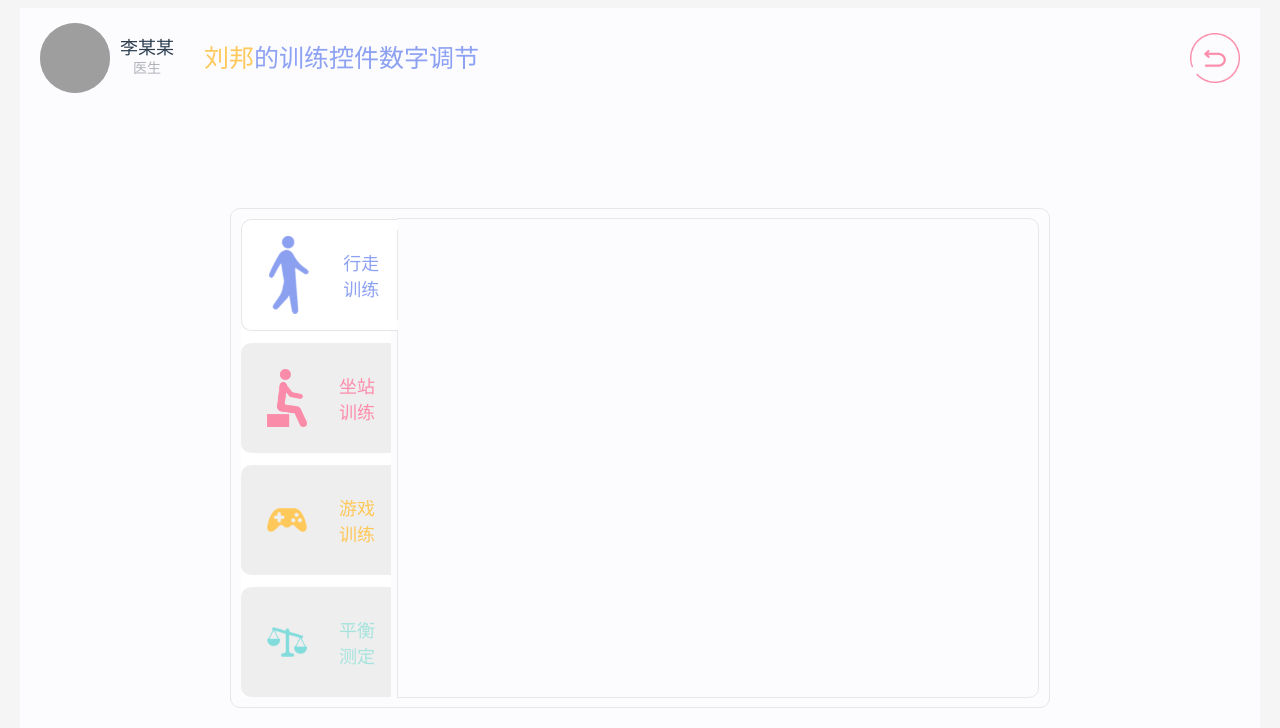
Repository: wangdanqing90/electron-vue-doctor
Page: /#/trainingAdjust
These files come from the project's save history. The page is drawn as it stood at one moment and after the next save; the edit follows.
The browser window is 1280 px wide. The pictures show the whole page.
Pictures or frames that could not be fetched are drawn as grey boxes. The project was rebuilt for these pictures with package versions that can differ from the ones it lists, and the page was loaded fresh each time. Also part of the build but not shown: vue.config.js, src/views/Home.vue, src/assets/styles/variable.scss, src/assets/styles/iconfont.css.

Above is the page before, as saved 2020-01-15 10:23:31.

### public/index.html
<!DOCTYPE html>
<html lang="en">
  <head>
    <meta charset="utf-8">
    <meta http-equiv="X-UA-Compatible" content="IE=edge">
    <meta name="viewport" content="width=device-width,initial-scale=1.0">
    <link rel="icon" href="<%= BASE_URL %>favicon.ico">
    <title>electron-vue-demo</title>
  </head>
  <body>
    <noscript>
      <strong>We're sorry but electron-vue-demo doesn't work properly without JavaScript enabled. Please enable it to continue.</strong>
    </noscript>
    <div id="app"></div>
    <!-- built files will be auto injected -->
  </body>
</html>

### src/main.js
import Vue from 'vue'
import ElementUI from 'element-ui';
import 'element-ui/lib/theme-chalk/index.css';
import App from './App.vue'
import router from './router'
import store from './store'


import './assets/styles/variable.scss';
import './assets/styles/base.scss';
import './assets/styles/common.scss';
import './assets/styles/iconfont.css';
import common from './assets/js/common.js';


Vue.config.productionTip = false;
Vue.prototype.common = common;
Vue.use(ElementUI);


var vm = new Vue({
  router,
  store,
  render: h => h(App)
}).$mount('#app')





//var addon = require('bindings')('hello');var addon = require('bindings')('hello');
//alert(addon.hello()); // 'world'

### src/App.vue
<template>
  <div id="app">
    <!-- <div id="nav">
      <router-link to="/">Home</router-link> |
      <router-link to="/about">About</router-link>
    </div>-->
    <keep-alive>
      <router-view v-if="$route.meta.keepAlive"></router-view>
    </keep-alive>
    <router-view v-if="!$route.meta.keepAlive"></router-view>
  </div>
</template>

<style lang="scss">
#app {
  font-family: "Avenir", Helvetica, Arial, sans-serif;
  -webkit-font-smoothing: antialiased;
  -moz-osx-font-smoothing: grayscale;
  text-align: center;
  color: #2c3e50;
  height: 100%;
}
#nav {
  padding: 30px;
  a {
    font-weight: bold;
    color: #2c3e50;
    &.router-link-exact-active {
      color: #42b983;
    }
  }
}
</style>

### src/router.js
import Vue from 'vue'
import Router from 'vue-router'
import Home from './views/Home.vue'



const routerPush = Router.prototype.push
Router.prototype.push = function push(location) {
  return routerPush.call(this, location).catch(error => error)
}

Vue.use(Router)

export default new Router({
  routes: [{
      path: '/',
      name: 'home',
      component: Home,
      meta: {
        title: '首页',
        keepAlive: false
      }
    }, {
      path: '/login',
      name: 'login',
      component: () => import('./views/Login/Login.vue'),
      meta: {
        title: '登录',
        keepAlive: false
      }
    },
    {
      path: '/result',
      name: 'result',
      component: () => import('./views/Result/Result.vue'),
      meta: {
        title: '重置结果',
        keepAlive: false
      }
    },
    {
      path: '/forgetPassword',
      name: 'forgetPassword',
      component: () => import('./views/ForgetPassword/ForgetPassword.vue'),
      meta: {
        title: '忘记密码',
        keepAlive: false
      }
    }, {
      path: '/register',
      name: 'register',
      component: () => import('./views/Register/Register.vue'),
      meta: {
        title: '注册',
        keepAlive: false
      }
    }, {
      path: '/detailInform',
      name: 'detailInform',
      component: () => import('./views/DetailInform/DetailInform.vue'),
      meta: {
        title: '基本信息',
        keepAlive: false
      }
    }, {
      path: '/trainingList',
      name: 'trainingList',
      component: () => import('./views/TrainingList/TrainingList.vue'),
      meta: {
        title: '训练列表',
        keepAlive: false
      }
    }, {
      path: '/trainingPlan',
      name: 'trainingPlan',
      component: () => import('./views/TrainingPlan/TrainingPlan.vue'),
      meta: {
        title: '本次训练计划',
        keepAlive: false
      }
    }, {
      path: '/trainingSlider',
      name: 'trainingSlider',
      component: () => import('./views/TrainingSlider/TrainingSlider.vue'),
      meta: {
        title: '训练模式选择',
        keepAlive: false
      }
    }, {
      path: '/trainingAdjust',
      name: 'trainingAdjust',
      component: () => import('./views/TrainingAdjust/TrainingAdjust.vue'),
      meta: {
        title: '训练控件数字调节',
        keepAlive: false
      }
    }
  ]
})

### src/assets/styles/base.scss
html {
  background: #f5f5f5;
  height: 100%;
}

body {
  height: 100%;
}

p {
  margin: 0;
  padding: 0;
}

ol,
ul {
  list-style: none;
  margin: 0;
  padding: 0;
}

a {
  cursor: pointer;
}

.wrap-white {
  background: #fff;
  padding-left: 20px;
  padding-right: 20px;
  overflow: hidden;

}

.el-breadcrumb {
  margin-bottom: 15px;
}

.el-titleText {
  font-size: 20px;
  color: black;
  height: 64px;
  line-height: 64px;
}

//::-webkit-scrollbar {
//  width: 5px;
//  height: 5px;
//}
//
//::-webkit-scrollbar:horizontal {
//  height: 15px;
//}
//
//::-webkit-scrollbar-track-piece:vertical {
//  background-color: rgba(0, 0, 0, 0.2);
//  -webkit-border-radius: 6px;
//}
//
//::-webkit-scrollbar-track:horizontal {
//  background-color: rgba(0, 0, 0, 0.2);
//}
//
//::-webkit-scrollbar-thumb:vertical {
//  height: 5px;
//  background-color: rgba(125, 125, 125, 0.7);
//  -webkit-border-radius: 6px;
//}
//
//::-webkit-scrollbar-thumb:horizontal {
//  width: 5px;
//  background-color: rgba(125, 125, 125, 0.7);
//}

input[type="text"],
input[type="number"] {
  //-webkit-appearance: none;
  background-color: #fff;
  border-radius: 4px;
  border: 1px solid #d8dce5;
  box-sizing: border-box;
  color: #5a5e66;
  display: inline-block;
  font-size: inherit;
  height: 40px;
  line-height: 1;
  outline: 0;
  padding: 0 15px;
  -webkit-transition: border-color .2s cubic-bezier(.645, .045, .355, 1);
  transition: border-color .2s cubic-bezier(.645, .045, .355, 1);
  width: 100%;

  &:hover {
    border-color: #b4bccc;
  }

  &:focus {
    border-color: #409EFF;
    outline: 0;
  }
}

/*滚动条*/
::-webkit-scrollbar {
  -webkit-appearance: none;
}

::-webkit-scrollbar:vertical {
  width: 10px;
}

::-webkit-scrollbar:horizontal {
  height: 10px;
}

::-webkit-scrollbar-thumb {
  background-color: rgba(0, 0, 0, .5);
  border-radius: 10px;
  border: 2px solid #ffffff;
}

::-webkit-scrollbar-track {
  border-radius: 10px;
  background-color: #ffffff;
}

/*margin*/
.margin-bottom-240 {
  margin-bottom: 240px;
}

.margin-top--10 {
  margin-top: -10px;
}

.margin-top--15 {
  margin-top: -15px;
}

.margin-top--18 {
  margin-top: -18px;
}

.margin-top--20 {
  margin-top: -20px;
}

.margin-top--40 {
  margin-top: -40px;
}

.margin-top--60 {
  margin-top: -60px;
}

.margin-top--80 {
  margin-top: -80px;
}

.margin-top--180 {
  margin-top: -180px;
}

.margin-top-0 {
  margin-top: 0px !important;
}

.margin-top-10 {
  margin-top: 10px;
}

.margin-top-15 {
  margin-top: 15px;
}

.margin-top-20 {
  margin-top: 20px;
}

.margin-top-25 {
  margin-top: 25px;
}

.margin-top-30 {
  margin-top: 30px;
}

.margin-top-35 {
  margin-top: 35px;
}

.margin-top-40 {
  margin-top: 40px;
}

.margin-top-46 {
  margin-top: 46px;
}

.margin-top-50 {
  margin-top: 50px;
}

.margin-top-60 {
  margin-top: 60px;
}

.margin-top-70 {
  margin-top: 70px;
}

.margin-top-80 {
  margin-top: 80px;
}

.margin-top-100 {
  margin-top: 100px;
}

.margin-bottom-0 {
  margin-bottom: 0px !important;
}

.margin-bottom-5 {
  margin-bottom: 5px;
}

.margin-bottom-10 {
  margin-bottom: 20px;
}

.margin-bottom-20 {
  margin-bottom: 20px;
}

.margin-bottom-25 {
  margin-bottom: 25px;
}

.margin-bottom-30 {
  margin-bottom: 30px;
}

.margin-bottom-40 {
  margin-bottom: 40px;
}

.margin-bottom-50 {
  margin-bottom: 50px;
}

.margin-bottom-60 {
  margin-bottom: 60px;
}

.margin-bottom-70 {
  margin-bottom: 70px;
}

.margin-left-0 {
  margin-left: 0px !important;
}

.margin-left-5 {
  margin-left: 5px;
}

.margin-left--15 {
  margin-left: -15px;
}

.margin-left--35 {
  margin-left: -35px;
}

.margin-left-10 {
  margin-left: 10px;
}

.margin-left-25 {
  margin-left: 25px;
}

.margin-left-30 {
  margin-left: 30px;
}

.margin-left-40 {
  margin-left: 40px;
}

.margin-right-0 {
  margin-right: 0px;
}

.margin-right-5 {
  margin-right: 5px;
}

.margin-right-10 {
  margin-right: 10px;
}

.margin-right-30 {
  margin-right: 30px;
}


.margin-right--15 {
  margin-right: -15px;
}

.margin-right--35 {
  margin-right: -35px;
}

.margin-right--50 {
  margin-right: -50px;
}

.margin-0 {
  margin: 0px;
}

.padding-top-5 {
  padding-top: 5px;
}

.padding-top-10 {
  padding-top: 10px;
}

.padding-top-15 {
  padding-top: 15px;
}

.padding-top-20 {
  padding-top: 20px;
}

.padding-top-26 {
  padding-top: 26px;
}

.padding-top-30 {
  padding-top: 30px;
}

.padding-top-35 {
  padding-top: 35px;
}

.padding-top-40 {
  padding-top: 40px;
}

.padding-top-60 {
  padding-top: 60px;
}

.padding-top-70 {
  padding-top: 70px;
}

.padding-top-100 {
  padding-top: 100px;
}

.padding-top-150 {
  padding-top: 150px;
}

.padding-top-250 {
  padding-top: 250px;
}

.padding-left-0 {
  padding-left: 0px;
}

.padding-left-5 {
  padding-left: 5px;
}

.padding-left-7 {
  padding-left: 7.5px;
}

.padding-left-10 {
  padding-left: 10px;
}

.padding-left-12 {
  padding-left: 12px;
}

.padding-left-15 {
  padding-left: 15px;
}

.padding-left-20 {
  padding-left: 20px;
}

.padding-left-24 {
  padding-left: 24px;
}

.padding-left-30 {
  padding-left: 30px;
}

.padding-left-40 {
  padding-left: 40px;
}

.padding-left-50 {
  padding-left: 50px;
}

.padding-left-70 {
  padding-left: 70px;
}

.padding-left-90 {
  padding-left: 90px;
}

.padding-bottom-5 {
  padding-bottom: 5px;
}

.padding-bottom-10 {
  padding-bottom: 10px;
}

.padding-bottom-20 {
  padding-bottom: 20px;
}

.padding-bottom-26 {
  padding-bottom: 26px;
}

.padding-bottom-30 {
  padding-bottom: 30px;
}

.padding-bottom-40 {
  padding-bottom: 40px;
}

.padding-bottom-50 {
  padding-bottom: 50px;
}

.padding-bottom-60 {
  padding-bottom: 60px;
}

.padding-bottom-100 {
  padding-bottom: 100px;
}

.padding-right-0 {
  padding-right: 0px;
}

.padding-right-7 {
  padding-right: 7.5px;
}

.padding-right-15 {
  padding-right: 15px;
}

.padding-right-30 {
  padding-right: 30px;
}

.padding-right-40 {
  padding-right: 40px;
}

.padding-right-50 {
  padding-right: 50px;
}

.padding-right-60 {
  padding-right: 60px;
}

.padding-right-90 {
  padding-right: 90px;
}

.padding-0 {
  padding: 0px !important;
}

.padding-15 {
  padding: 15px;
}

.padding-20 {
  padding: 20px;
}

@media (min-width: 992px) {
  .margin-left-15 {
    margin-left: 15px;
  }

  .margin-right-15 {
    margin-right: 15px;
  }
}

body {
  font-size: 12px;
  color: #7F8FA4;
  font-family: "Helvetica Neue", Helvetica, "PingFang SC", "Hiragino Sans GB", "Microsoft YaHei", "微软雅黑", Arial, sans-serif;
  box-sizing: border-box;
}

.container {
  width: 1200px;
  min-height: 100%;
  margin: 0 auto;
  background: #fcfcfe;
  padding: 0 20px;
}

.el-dialog__body {
  font-size: 12px;
}

.pb10 {
  padding-bottom: 10px;
}

.pb30 {
  padding-bottom: 30px;
}

.mb30 {
  margin-bottom: 30px;
}

.toolbar {
  background: #fff;
  padding: 10px;
  margin: 10px 0px;
  text-align: center;
}

.handleMoreWrap .el-dialog__body {
  padding: 10px;
}

.handleMore-title {
  text-align: center;
  padding-bottom: 6px;
}

.handleMoreHeight {
  max-height: 300px;
  overflow: hidden;
  overflow-y: auto;
  border-top: 1px solid #ddd;
  padding-top: 10px;
}

.el-table__header th {
  white-space: nowrap;
  font-size: 12px;
  font-weight: 100;
}

.content-wrapper {
  -webkit-overflow-scrolling: touch;
}

.center {
  text-align: center;
}

.text-right {
  text-align: right;
}

.text-left {
  text-align: left;
}

.f-left {
  float: left;
}

.f-right {
  float: right;
}

.hand {
  cursor: pointer;
}

/*flex兼容*/
.display_flex {
  display: -webkit-box;
  display: -ms-flexbox;
  display: -webkit-flex;
  display: flex;
}

// .display_flex>* {
//   display: block;
// }

.display_inline-flex {
  display: -webkit-inline-box;
  display: -ms-inline-flexbox;
  display: -webkit-inline-flex;
  display: inline-flex;
}

// .display_inline-flex>* {
//   display: block;
// }

/*伸缩流方向*/
.flex-direction_column {
  -webkit-box-orient: vertical;
  -ms-flex-direction: column;
  -webkit-flex-direction: column;
  flex-direction: column;
}

/*主轴对齐*/
.justify-content_flex-center {
  -webkit-box-pack: center;
  -ms-flex-pack: center;
  -webkit-justify-content: center;
  justify-content: center;
}

.justify-content_flex-start {
  -webkit-box-pack: start;
  -ms-flex-pack: start;
  -webkit-justify-content: flex-start;
  justify-content: flex-start;
}

.justify-content_flex-end {
  -webkit-box-pack: end;
  -ms-flex-pack: end;
  -webkit-justify-content: flex-end;
  justify-content: flex-end;
}

.justify-content_flex-justify {
  -webkit-box-pack: justify;
  -ms-flex-pack: justify;
  -webkit-justify-content: space-between;
  justify-content: space-between;
}

.justify-content_flex-around {
  -webkit-box-pack: justify;
  -ms-flex-pack: justify;
  -webkit-justify-content: space-around;
  justify-content: space-around;
}

/*侧轴对齐*/
.align-items_flex-start {
  -webkit-box-align: start;
  -ms-flex-align: start;
  -webkit-align-items: flex-start;
  align-items: flex-start;
}

.align-items_flex-end {
  -webkit-box-align: end;
  -ms-flex-align: end;
  -webkit-align-items: flex-end;
  align-items: flex-end;
}

.align-items_center {
  -webkit-box-align: center;
  -ms-flex-align: center;
  -webkit-align-items: center;
  align-items: center;
}

.align-items_baseline {
  -webkit-box-align: baseline;
  -ms-flex-align: baseline;
  -webkit-align-items: baseline;
  align-items: baseline;
}

/*伸缩性*/
.flex_auto {
  -webkit-box-flex: 1;
  -ms-flex: auto;
  -webkit-flex: auto;
  flex: auto;
}

.flex_1 {
  width: 0;
  -webkit-box-flex: 1;
  -ms-flex: 1;
  -webkit-flex: 1;
  flex: 1;
}

/*显示顺序*/
.order_2 {
  -webkit-box-ordinal-group: 2;
  -ms-flex-order: 2;
  -webkit-order: 2;
  order: 2;
}

.order_3 {
  -webkit-box-ordinal-group: 3;
  -ms-flex-order: 3;
  -webkit-order: 3;
  order: 3;
}

### src/assets/styles/common.scss
.clearfix {

  &::after {
    display: block;
    height: 0;
    content: ".";
    clear: both;
    visibility: hidden;
  }
}

.float-left {
  float: left;
}

.float-right {
  float: right;
}

.align-left {
  text-align: left;
}

.align-right {
  text-align: right;
}

.small-size {
  font-size: 12px !important;
}

.large-size {
  font-size: 16px !important;
}

.New-elFrom {
  padding: 10px;
  background: #fff;

  .el-form-item {
    margin-bottom: 0;
  }

  .el-form-item__label {
    padding: 0;
    line-height: 30px;
    font-size: 12px;
    color: #7F8FA4;

  }

  .el-form-item__content-btn {
    text-align: center;
    padding: 20px 0 10px;
  }

  .el-select {
    display: block;
  }

  .el-date-editor.el-input,
  .el-input-number--medium {
    width: 100%;
  }
}

.el-radio-group {
  display: flex;
  display: -webkit-flex;
}

.el-radio-group .el-radio-button {
  flex: 1;
}



.el-button.purple,
.el-button.purple:active,
.el-button.purple:focus,
.el-button.purple:hover {
  color: white;
  background-color: #8c69e7;
  border: none;
  box-shadow: 0 2px 12px 0 rgba(240, 240, 240, 0.1)
}



.el-dialog {
  border-radius: 10px;

  .el-dialog__body {
    .purple {
      color: $purpleFontColor;
      font-size: 20px;
    }
  }
}

.el-form-item__label {
  color: $purpleFontColor;
}

.el-message-box .el-message-box__content {
  color: $purpleFontColor;
  font-size: 20px;
  margin: 30px 0;
  text-align: center;
}

.purpleFontColor {
  color: $purpleFontColor;
}

.pinkFontColor {
  color: $pinkFontColor;
}

.greenFontColor {
  color: $greenFontColor;
}

.yellowFontColor {
  color: $yellowFontColor;
}

### src/assets/js/common.js
1
export default {
    login: function () {
        console.log("1111");
    },

    // 判断是否为空
    isNullOrBlank: function (strJudge) {
        return strJudge === null || strJudge === undefined || strJudge === '';
    },

    // 计算两个日期时间差
    DateDiff: function (sDate1, sDate2) { // sDate1和sDate2是2002-12-18格式
        var aDate, oDate1, oDate2, iDays
        aDate = sDate1.split('-')
        oDate1 = new Date(aDate[1] + '-' + aDate[2] + '-' + aDate[0])
        aDate = sDate2.split('-')
        oDate2 = new Date(aDate[1] + '-' + aDate[2] + '-' + aDate[0])
        iDays = parseInt(Math.abs(oDate1 - oDate2) / 1000 / 60 / 60 / 24)
        return iDays
    }
}

### src/views/TrainingAdjust/TrainingAdjust.vue
/* eslint-disable vue/no-unused-vars */
<template>
  <div class="container">
    <HeaderDoctor :leftImg="leftImg" :title="title" :titleName="titleName">
      <template v-slot:right>
        <div class="header-right-div display_flex justify-content_flex-center align-items_center">
          <img src="@/../images/back.png" @click="backClick" />
        </div>
      </template>
    </HeaderDoctor>

    <div class="inform-container">
      <div class="inform-inner display_flex justify-content_flex-justify align-items_center">
        <div
          class="left display_inline-flex flex-direction_column justify-content_flex-justify align-items_center"
        >
          <div
            class="left-inner"
            :class="activeClass == index ? 'active':''"
            v-for="(item,index) in tagList"
            :key="index"
            @click="getItem(index)"
          >
            <div
              class="left-inner-inner display_flex justify-content_flex-around align-items_center"
            >
              <img :src="item.imgsrc" />
              <div :class="item.colorClass">
                <div>{{item.name}}</div>
                <div>{{item.namebottom}}</div>
              </div>
            </div>
          </div>
        </div>
        <div class="right">
          <div class="adjust-container">
            <div class="top"></div>
            <div class="bottom"></div>
          </div>
        </div>
      </div>
    </div>
  </div>
</template>

<script>
import HeaderDoctor from "@/components/HeaderDoctor/HeaderDoctor.vue";
//import Adjust from "@/components/Adjust/Adjust.vue";

export default {
  name: "trainingPlan",
  components: {
    HeaderDoctor
    // Adjust
  },

  data() {
    return {
      leftImg: "",
      activeClass: 0,
      tagList: [
        {
          name: "行走",
          namebottom: "训练",
          id: 1,
          imgsrc: require("@/../images/walkingtraining.png"),
          colorClass: "purpleFontColor"
        },
        {
          name: "坐站",
          namebottom: "训练",
          id: 2,
          imgsrc: require("@/../images/stationtraining.png"),
          colorClass: "pinkFontColor"
        },
        {
          name: "游戏",
          namebottom: "训练",
          id: 3,
          imgsrc: require("@/../images/gametraining.png"),
          colorClass: "yellowFontColor"
        },
        {
          name: "平衡",
          namebottom: "测定",
          id: 4,
          imgsrc: require("@/../images/balancedetermination.png"),
          colorClass: "greenFontColor"
        }
      ],
      adjustList: [
        {
          selectedImg: require("@/../images/followmode_0.png"),
          unselectedImg: require("@/../images/followmode_2.png"),
          title: "跟随模式",
          width: "210px",
          colorClass: "pinkFontColor",
          active: true
        },
        {
          selectedImg: require("@/../images/followmode_0.png"),
          unselectedImg: require("@/../images/followmode_2.png"),
          title: "跟随模式",
          width: "210px",
          colorClass: "pinkFontColor",
          active: false
        }
      ]
    };
  },
  created() {
    this.leftImg = require("../../../images/logo.png");
    this.title = "的训练控件数字调节";
    this.titleName = "刘邦";
  },
  methods: {
    backClick() {
      this.$router.go(-1);
    },
    getItem(index) {
      this.activeClass = index; // 把当前点击元素的index，赋值给activeClass
    }
  },
  watch: {}
};
</script>

<style scoped lang="scss">
.header {
  .header-right {
    img {
      width: 50px;
      margin-left: 20px;
    }
  }
}
.inform-container {
  box-sizing: border-box;
  margin: 100px auto;
  height: 500px;
  font-size: 12px;
  border-radius: 10px;
  border: 1px solid #e7e7e7;
  width: 820px;

  .inform-inner {
    box-sizing: border-box;
    padding: 10px;
    height: 100%;
    font-size: 18px;
    .left {
      width: 150px;
      background: white;
      height: 100%;
      z-index: 10;
      .left-inner {
        width: 100%;
        border-radius: 10px 0 0 10px;
        background: #eeeeee;
        .left-inner-inner {
          height: 90px;
          margin: 10px 0 10px 10px;
        }
        img {
          width: 40px;
        }
      }
      .active {
        background: white;
        border-top: 1px solid #e7e7e7;
        border-left: 1px solid #e7e7e7;
        border-bottom: 1px solid #e7e7e7;
        width: 156px;
        margin-right: -6px;
        .left-inner-inner {
          border-right: 1px solid #e7e7e7;
        }
      }
    }
    .right {
      width: 640px;

      height: 100%;
      border-top: 1px solid #e7e7e7;
      border-right: 1px solid #e7e7e7;
      border-bottom: 1px solid #e7e7e7;
      border-left: 1px solid #e7e7e7;
      border-radius: 0 10px 10px 0;
    }
  }
}
</style>

### src/components/HeaderDoctor/HeaderDoctor.vue
// 头部组件
<template>
  <el-row>
    <el-col :span="24" class="header">
      <div
        @click="jumpDoctorInform"
        class="header-left f-left display_flex justify-content_flex-center align-items_center"
      >
        <el-avatar
          :size="70"
          src="https://cube.elemecdn.com/0/88/03b0d39583f48206768a7534e55bcpng.png"
        ></el-avatar>
        <div
          class="display_flex flex-direction_column justify-content_flex-center align-items_center margin-left-10"
        >
          <div class="name">李某某</div>
          <div class="job">医生</div>
        </div>
      </div>
      <div class="header-middle-name f-left">{{titleName}}</div>
      <div class="header-middle f-left">{{title}}</div>

      <div class="header-right f-right">
        <slot name="right"></slot>
      </div>
    </el-col>
  </el-row>
</template>

<script>
export default {
  name: "HeaderDoctor",
  props: {
    msg: String,
    leftImg: {
      type: String,
      default: "../../../images/logo.png"
    },
    title: { String, default: "" },
    titleName: { String, default: "" }
  },

  data() {
    return {};
  },

  created() {},
  beforeDestroy() {},
  beforeMount() {},
  mounted() {},
  destroyed() {},
  methods: {
    jumpDoctorInform() {
      this.$router.push({
        path: "/detailInform",
        name: "detailInform",
        query: { type: "doctor" }
      });
    }
  }
};
</script>

<style scoped lang="scss">
.header {
  height: 100px;
  line-height: 100px;
  .header-left {
    height: 100%;
    text-align: left;
    margin-right: 30px;
    img {
      width: 150px;
    }
    .name {
      height: 20px;
      line-height: 20px;
      font-size: 18px;
    }
    .job {
      height: 20px;
      line-height: 20px;
      font-size: 14px;
      color: #b0b3b9;
    }
  }
  .header-middle-name {
    font-size: 25px;

    color: $yellowFontColor;
  }
  .header-middle {
    font-size: 25px;

    color: $purpleFontColor;
  }
  .header-right {
    height: 100%;
  }
}

::v-deep .header-right-div {
  height: 100%;
}
</style>

Loaded but not shown: src/store.js (common file)

After the next save:
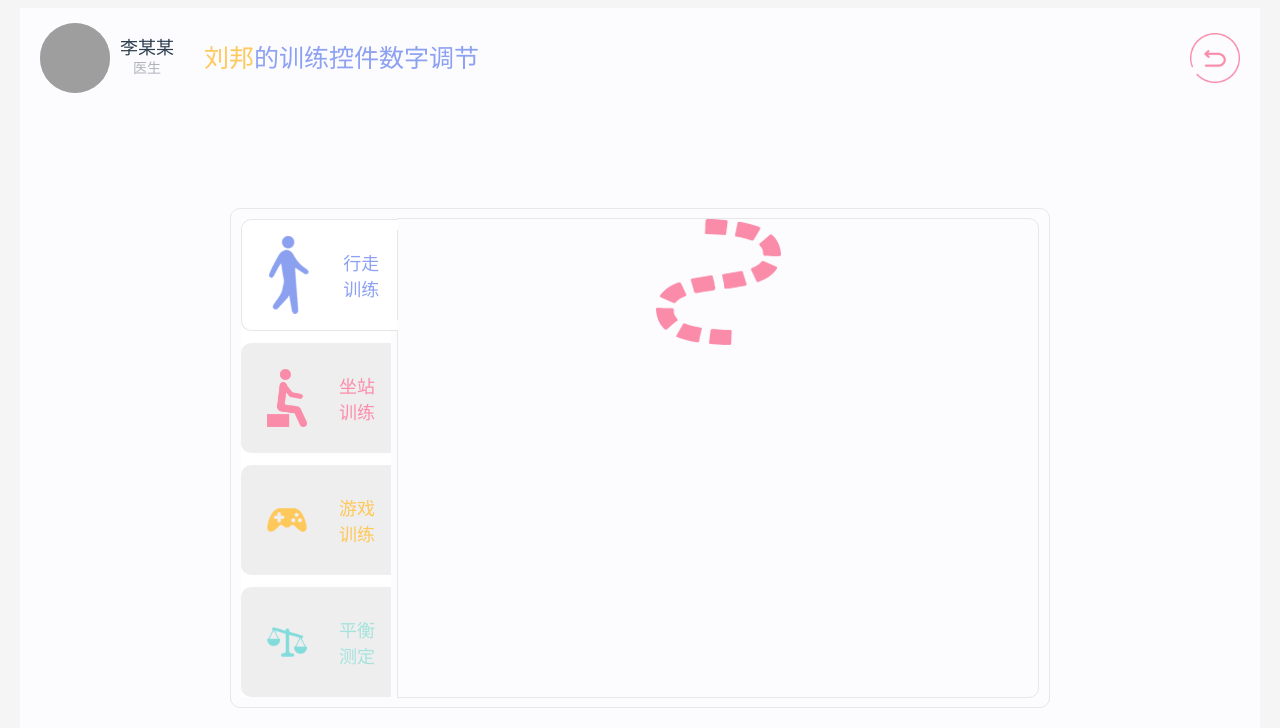
Saved 6 min 2 s later.
--- a/src/views/TrainingAdjust/TrainingAdjust.vue
+++ b/src/views/TrainingAdjust/TrainingAdjust.vue
@@ -34,7 +34,9 @@
         </div>
         <div class="right">
           <div class="adjust-container">
-            <div class="top"></div>
+            <div class="top">
+              <img :src="adjustList[0].selectedImg" />
+            </div>
             <div class="bottom"></div>
           </div>
         </div>
